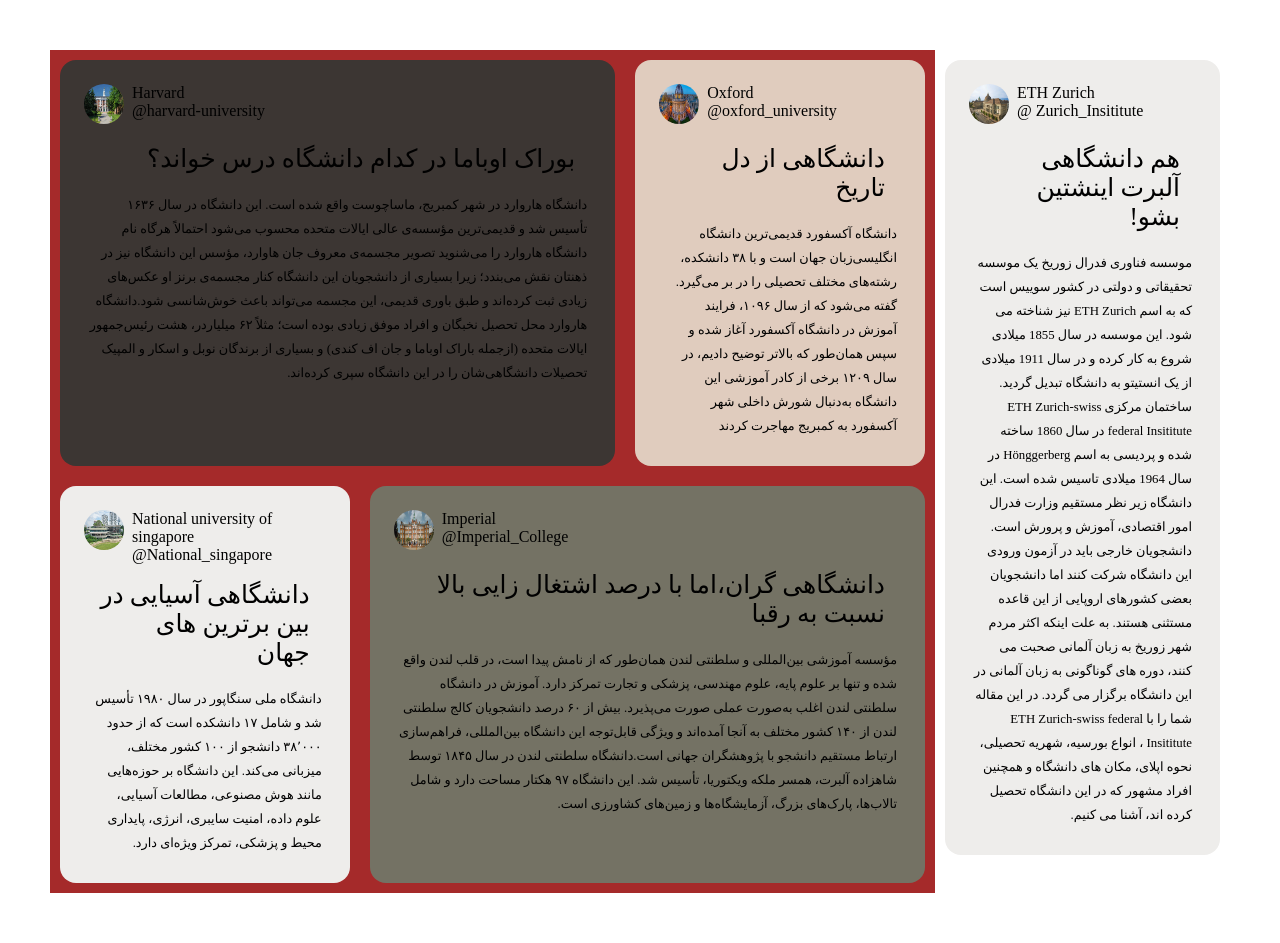
Repository: rahanwz/cards
Page: cards.html
An editor plug-in stored every save of this project. The page is shown before and after the next save, followed by the edit.
The browser window is 1280 px wide. The pictures show the whole page.

Above is the page before, as saved 2024-02-17 14:59:25.

After the next save:
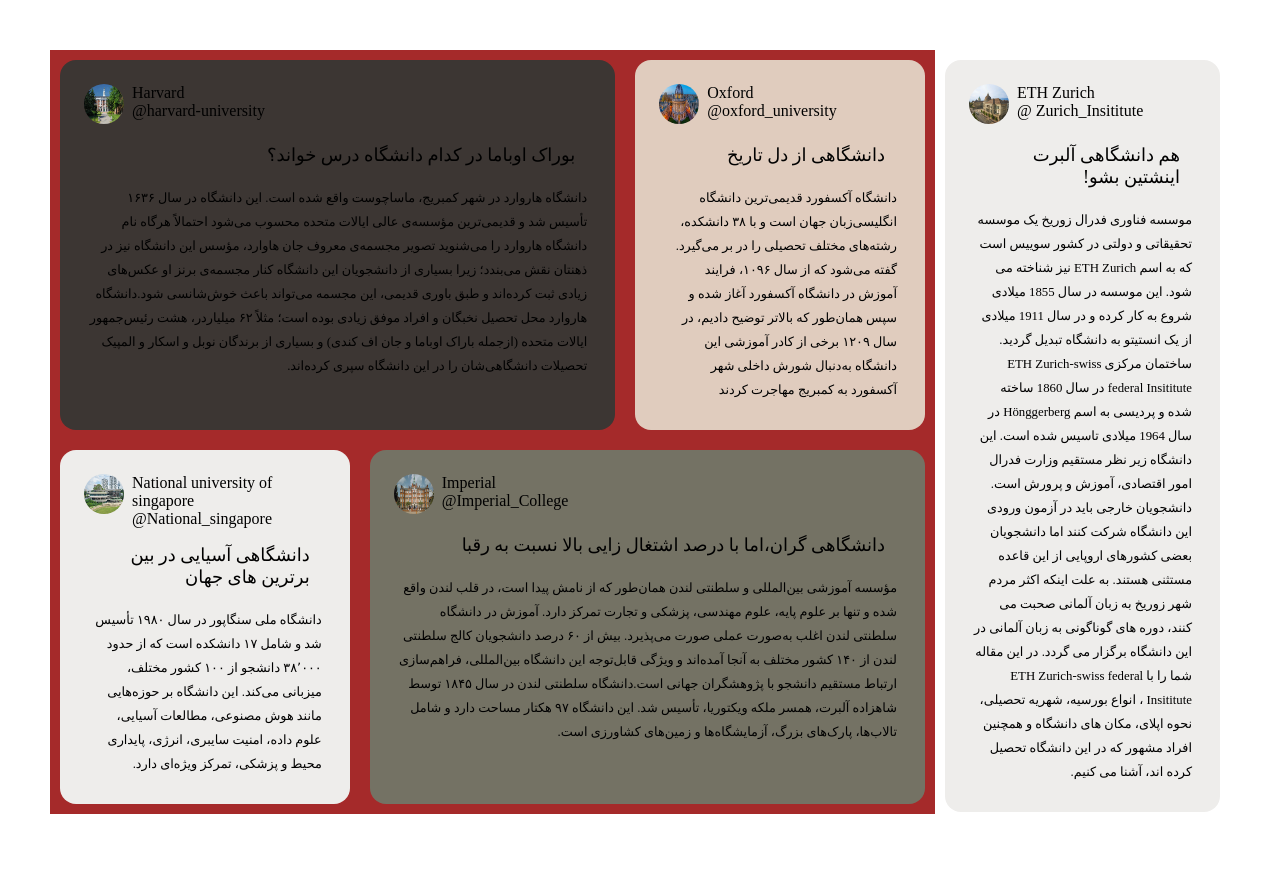
Saved 14 s later.
--- a/cards.css
+++ b/cards.css
@@ -96,7 +96,7 @@
 }
 
 .descrip1{
- font-size:25PX;
+ font-size:18PX;
  padding: 1rem;
 
 }
